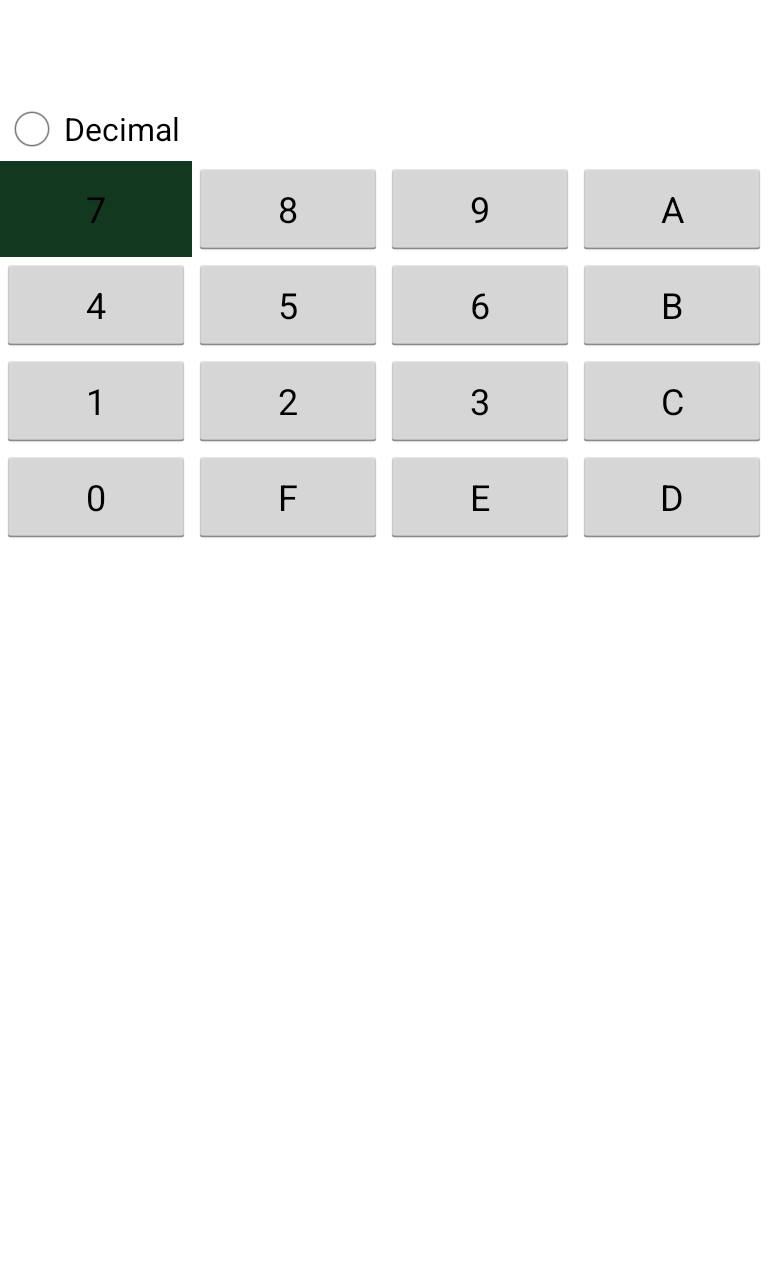
Repository: RamDion/BSIT_Calculator
Layout: CcsCalcu/res/layout/activity_calculator.xml
These files come from the project's save history. The layout is drawn as it stood at one moment and after the next save; the edit follows.
It is drawn on a 768 x 1280 px phone screen (xhdpi) without system bars, with theme AppTheme; the app's code is not run.

Above is the layout before, as saved 2014-09-04 05:21:07.

After the next save:
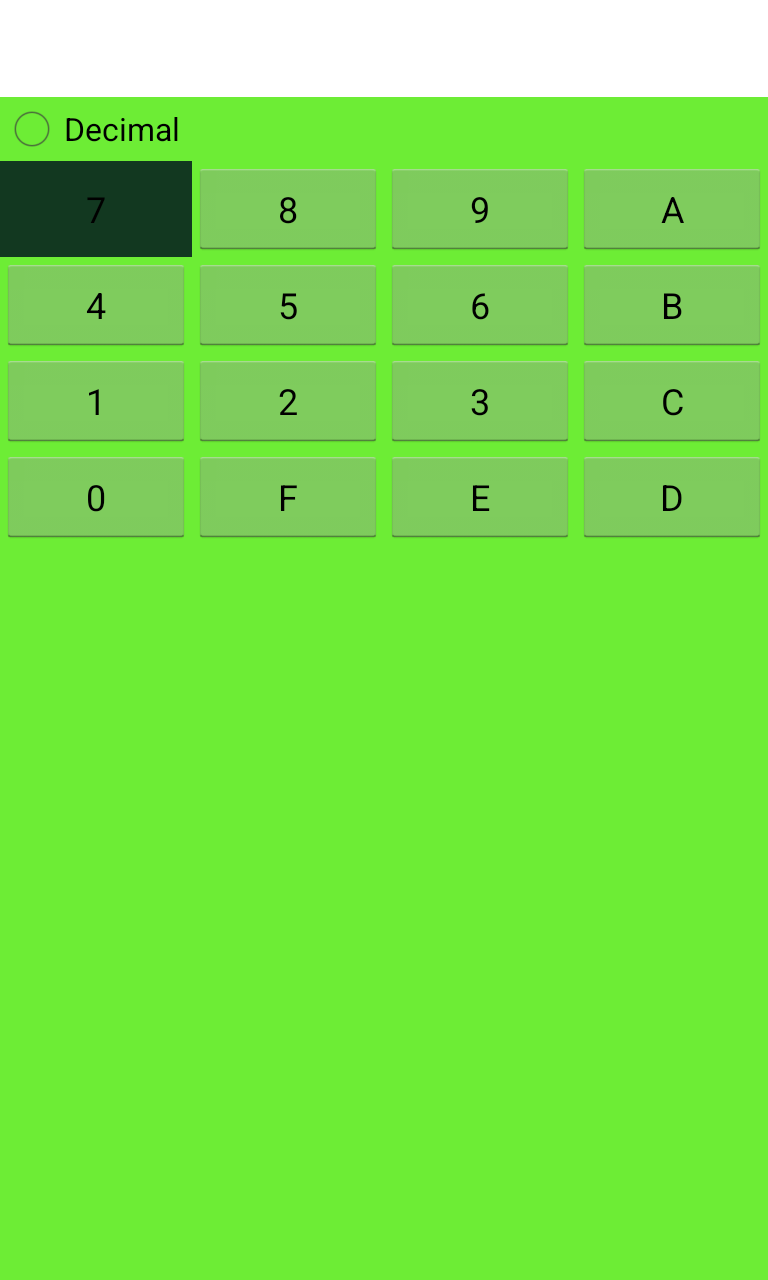
Saved 5 s later.
--- a/CcsCalcu/res/layout/activity_calculator.xml
+++ b/CcsCalcu/res/layout/activity_calculator.xml
@@ -3,7 +3,7 @@
     	xmlns:tools="http://schemas.android.com/tools"
         android:layout_width="fill_parent"
         android:layout_height="fill_parent"
-        android:background="6ded35"
+        android:background="#6ded35"
         android:layout_alignParentLeft="true"
         android:layout_alignParentTop="true"
         android:layout_alignParentRight="true"
